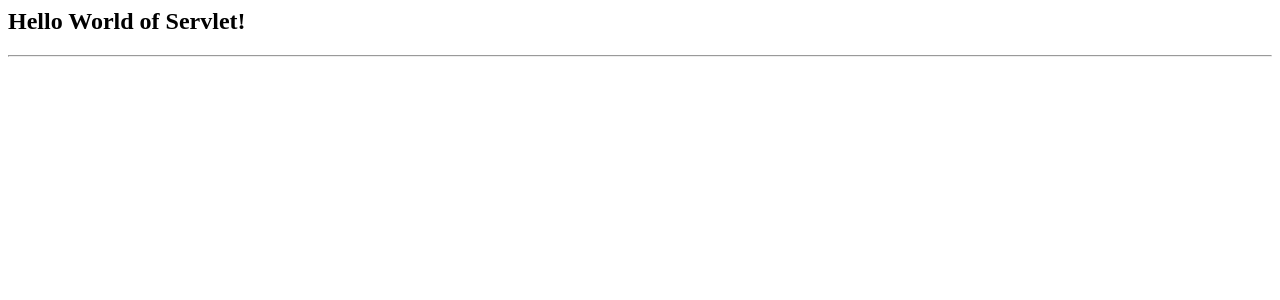
Repository: Catalyst-OTU/Java_Works
Page: http://localhost/ServletBasic/HelloWorldServlet
An editor plug-in stored every save of this project. The page is shown before and after the next save, followed by the edit.
The browser window is 1280 px wide. The pictures show the whole page.
The page is served by Tomcat 9. Other server files are loaded and not shown.

Above is the page before, as saved 2021-01-26 20:53:08.

### ServletBasic/src/com/trainings/servlets/HelloWorldServlet.java
package com.trainings.servlets;

import java.io.IOException;
import java.io.PrintWriter;

import javax.servlet.ServletException;
import javax.servlet.annotation.WebServlet;
import javax.servlet.http.HttpServlet;
import javax.servlet.http.HttpServletRequest;
import javax.servlet.http.HttpServletResponse;

/**
 * Servlet implementation class HelloWorldServlet
 */
@WebServlet("/HelloWorldServlet")
public class HelloWorldServlet extends HttpServlet {
	private static final long serialVersionUID = 1L;

    /**
     * @see HttpServlet#HttpServlet()
     */
    public HelloWorldServlet() {
        super();
        // TODO Auto-generated constructor stub
    }



	protected void doGet(HttpServletRequest request, HttpServletResponse response) throws ServletException, IOException {

		//Step1. set the context type
		response.setContentType("text/html");
		//Step2. get the printlnwriter
		PrintWriter out = response.getWriter();
		//Step3. generate the HTML content
		out.println("<html><body>");
		out.println("<h2> Hello World of Servlet! </h2>");
		out.println("<hr>");
		out.println("<The time on the Server is: " + new java.util.Date());

		out.println("</body></html>");
	}


	protected void doPost(HttpServletRequest request, HttpServletResponse response) throws ServletException, IOException {

		doGet(request, response);
	}

}

After the next save:
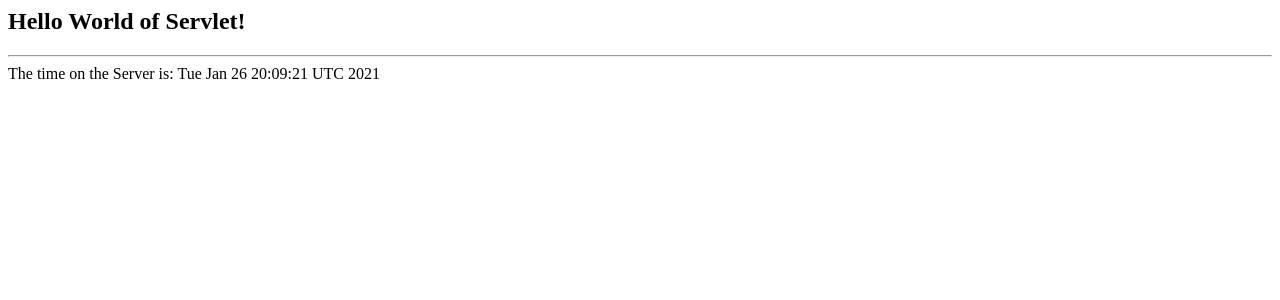
Saved 116 s later.
--- a/ServletBasic/src/com/trainings/servlets/HelloWorldServlet.java
+++ b/ServletBasic/src/com/trainings/servlets/HelloWorldServlet.java
@@ -36,7 +36,7 @@ public class HelloWorldServlet extends HttpServlet {
 		out.println("<html><body>");
 		out.println("<h2> Hello World of Servlet! </h2>");
 		out.println("<hr>");
-		out.println("<The time on the Server is: " + new java.util.Date());
+		out.println("The time on the Server is: " + new java.util.Date());
 
 		out.println("</body></html>");
 	}
